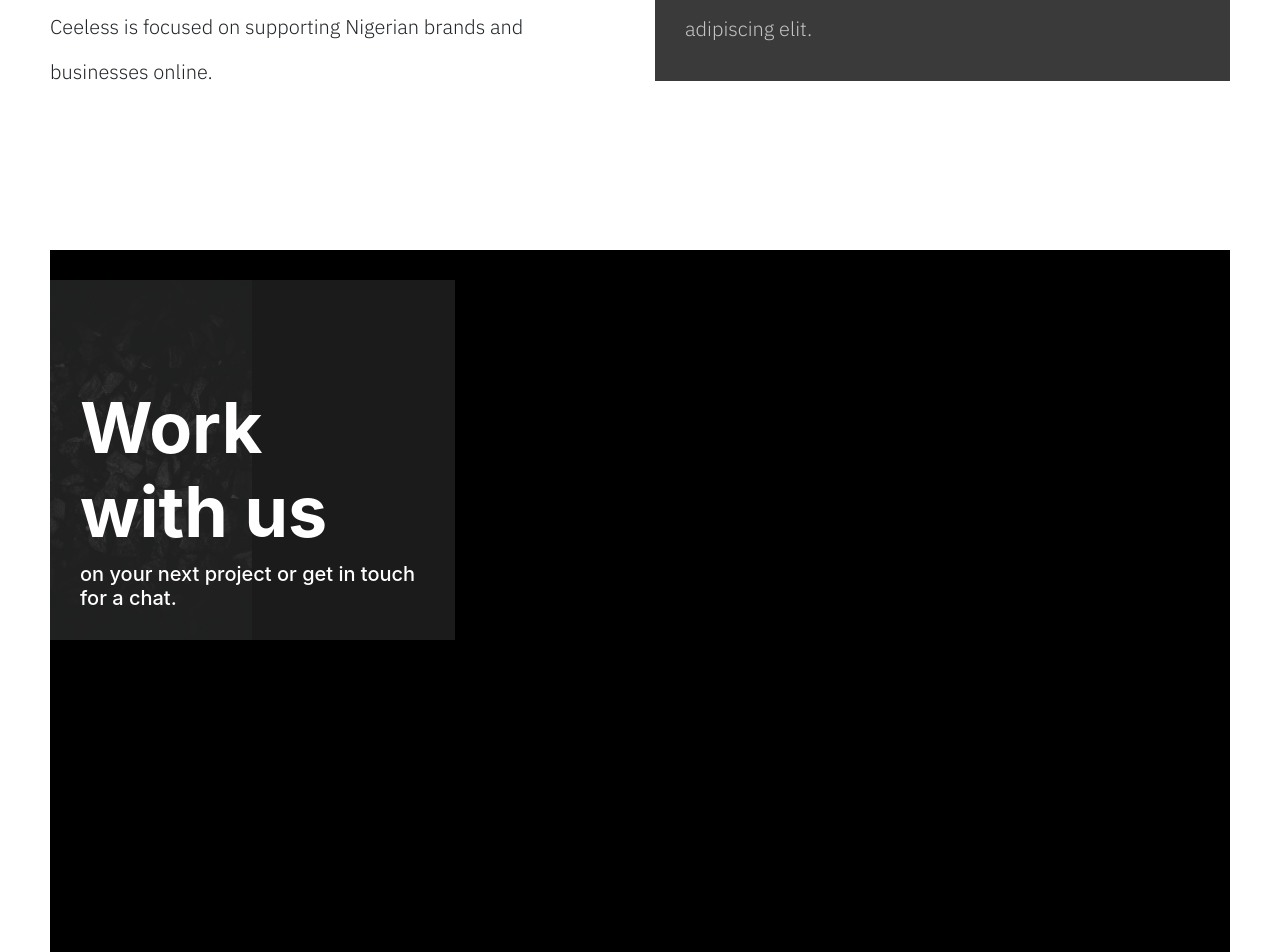
Repository: Licorne-Technologies/Ceeless-v2
Page: index.html
The author's editor kept a copy of each file at every save. The page is drawn from the files as they stood at one save, then again after the next save.
The browser window is 1280 px wide. The pictures show the part of the page from y = 2001 to 2953 px (the page is 3037 px tall).
Pictures or frames that could not be fetched are drawn as grey boxes. Some web libraries are served in a nearby version. The style sheet was rebuilt from its Sass, Less or Tailwind sources for each picture, by a compiler version that may differ from the author's.

Above is the page before, as saved 2020-06-15 14:09:06.

After the next save:
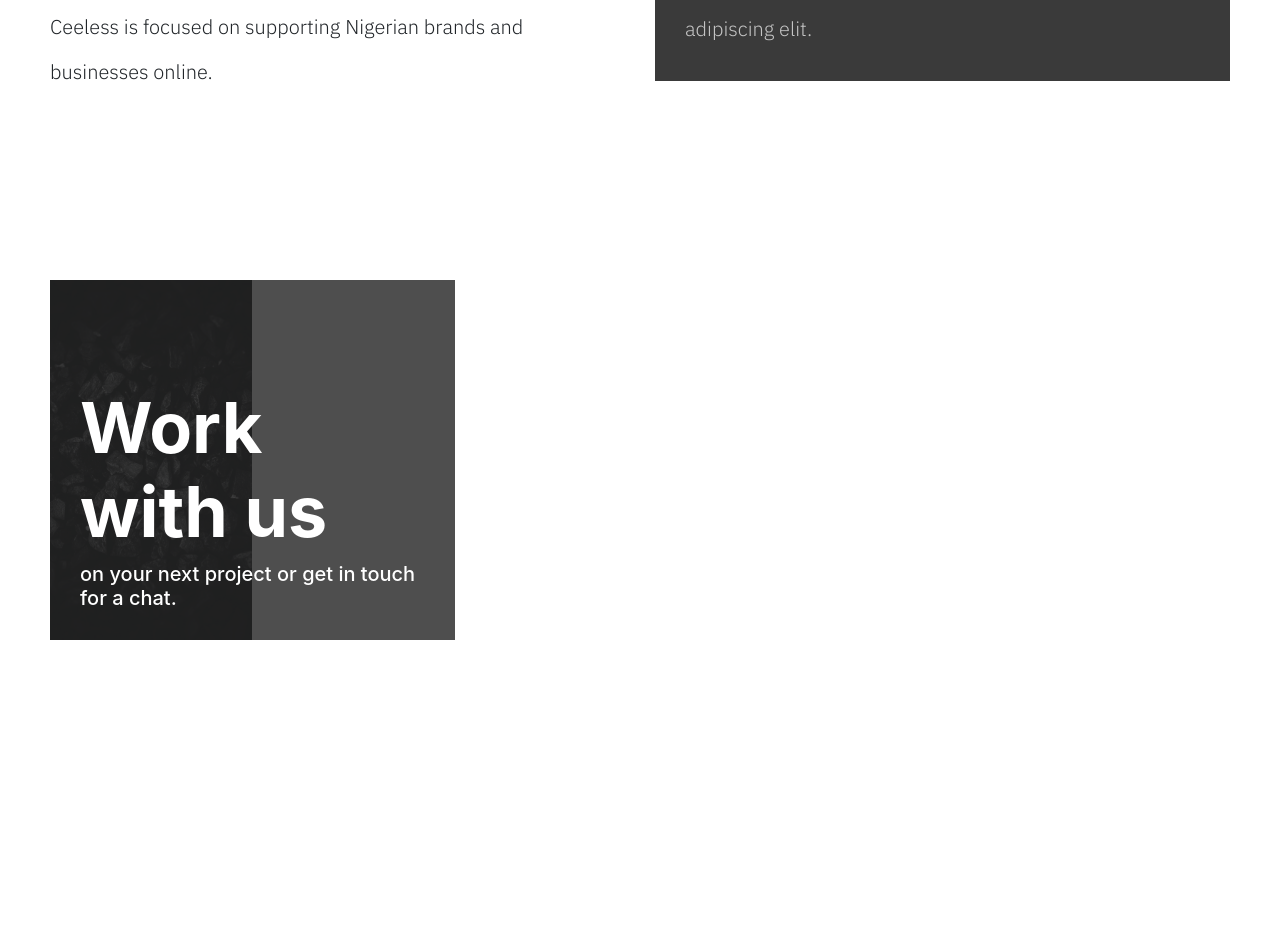
Saved 42 s later.
--- a/css/contact.scss
+++ b/css/contact.scss
@@ -1,7 +1,6 @@
 @import 'variables';
 
 .contactUs {
-    background-color: $dark;
 
     .title, h5{
         color: $light;
